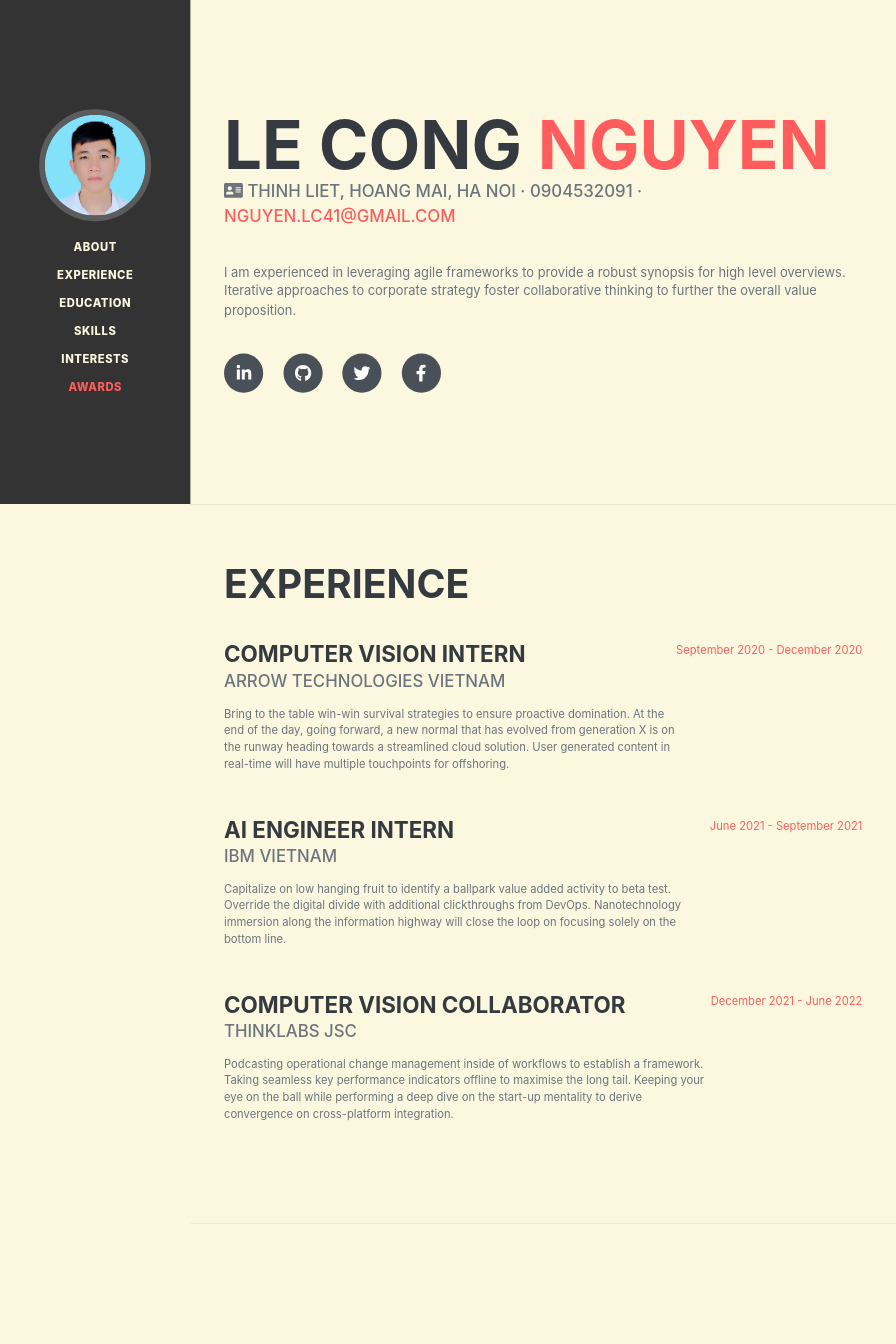
Repository: nguyenlcc/Online-CV
Page: index.html
These files come from the project's save history. The page is drawn as it stood at one moment and after the next save; the edit follows.
The browser window is 1280 px wide. The pictures show the part of the page from y = 0 to 1920 px (the page is 4631 px tall), at 70% of full size.
Some web fonts or font styles are not loaded; a fallback is used. Some web libraries are served in a nearby version.

Above is the page before, as saved 2022-05-23 01:23:09.

### index.html
<!DOCTYPE html>
<html lang="en">
  <head>
    <meta charset="utf-8" />
    <meta
      name="viewport"
      content="width=device-width, initial-scale=1, shrink-to-fit=no"
    />
    <meta name="description" content="" />
    <meta name="author" content="" />
    <title>Le Cong Nguyen</title>
    <link rel="icon" type="image/x-icon" href="assets/img/favicon.ico" />
    <!-- Font Awesome icons (free version)-->
    <script
      src="https://use.fontawesome.com/releases/v5.13.0/js/all.js"
      crossorigin="anonymous"
    ></script>
    <!-- Google fonts-->
    <link
      href="https://fonts.googleapis.com/css?family=Saira+Extra+Condensed:500,700"
      rel="stylesheet"
      type="text/css"
    />
    <link
      href="https://fonts.googleapis.com/css?family=Muli:400,400i,800,800i"
      rel="stylesheet"
      type="text/css"
    />
    <!-- Core theme CSS (includes Bootstrap)-->
    <link href="css/styles.css" rel="stylesheet" />
  </head>
  <body id="page-top">
    <!-- Navigation-->
    <nav
      class="navbar navbar-expand-lg navbar-dark bg-primary fixed-top"
      id="sideNav"
    >
      <a class="navbar-brand js-scroll-trigger" href="#page-top">
        <span class="d-block d-lg-none">LE CONG NGUYEN</span>
        <span class="d-none d-lg-block"
          ><img
            class="img-fluid img-profile rounded-circle mx-auto mb-2"
            src="assets/img/profile.jpg"
            alt=""
        /></span>
      </a>
      <button
        class="navbar-toggler"
        type="button"
        data-toggle="collapse"
        data-target="#navbarSupportedContent"
        aria-controls="navbarSupportedContent"
        aria-expanded="false"
        aria-label="Toggle navigation"
      >
        <span class="navbar-toggler-icon"></span>
      </button>
      <div class="collapse navbar-collapse" id="navbarSupportedContent">
        <ul class="navbar-nav">
          <li class="nav-item">
            <a class="nav-link js-scroll-trigger" href="#about">About</a>
          </li>
          <li class="nav-item">
            <a class="nav-link js-scroll-trigger" href="#experience"
              >Experience</a
            >
          </li>
          <li class="nav-item">
            <a class="nav-link js-scroll-trigger" href="#education"
              >Education</a
            >
          </li>
          <li class="nav-item">
            <a class="nav-link js-scroll-trigger" href="#skills">Skills</a>
          </li>
          <li class="nav-item">
            <a class="nav-link js-scroll-trigger" href="#interests"
              >Interests</a
            >
          </li>
          <li class="nav-item">
            <a class="nav-link js-scroll-trigger" href="#awards">Awards</a>
          </li>
        </ul>
      </div>
    </nav>
    <!-- Page Content-->
    <div class="container-fluid p-0">
      <!-- About-->
      <section class="resume-section" id="about">
        <div class="resume-section-content">
          <h1 class="mb-0">
            LE CONG
            <span class="text-primary">NGUYEN</span>
          </h1>
          <div class="subheading mb-5">
            <i class="fas fa-address-card"></i>
            THINH LIET, HOANG MAI, HA NOI · 0904532091 ·
            <a href="mailto:name@email.com">nguyen.lc41@gmail.com</a>
          </div>
          <p class="lead mb-5">
            I am experienced in leveraging agile frameworks to provide a robust
            synopsis for high level overviews. Iterative approaches to corporate
            strategy foster collaborative thinking to further the overall value
            proposition.
          </p>
          <div class="social-icons">
            <a class="social-icon" href="https://www.linkedin.com/in/nguy%C3%AAn-l%C3%AA-c%C3%B4ng-0b1731233/">
              <i class="fab fa-linkedin-in"></i>
            </a>
            <a class="social-icon" href="https://github.com/nguyenlecong"><i class="fab fa-github"></i></a>
            <a class="social-icon" href="https://twitter.com/vi3ix_"><i class="fab fa-twitter"></i></a>
            <a class="social-icon" href="https://www.facebook.com/nguyenlc5139/"
              ><i class="fab fa-facebook-f"></i
            ></a>
          </div>
        </div>
      </section>
      <hr class="m-0" />
      <!-- Experience-->
      <section class="resume-section" id="experience">
        <div class="resume-section-content">
          <h2 class="mb-5">Experience</h2>
          <div
            class="d-flex flex-column flex-md-row justify-content-between mb-5"
          >
            <div class="flex-grow-1">
              <h3 class="mb-0">Computer Vision Intern</h3>
              <div class="subheading mb-3">Arrow Technologies Vietnam</div>
              <p>
                Bring to the table win-win survival strategies to ensure
                proactive domination. At the end of the day, going forward, a
                new normal that has evolved from generation X is on the runway
                heading towards a streamlined cloud solution. User generated
                content in real-time will have multiple touchpoints for
                offshoring.
              </p>
            </div>
            <div class="flex-shrink-0">
              <span class="text-primary">September 2020 - December 2020</span>
            </div>
          </div>
          <div
            class="d-flex flex-column flex-md-row justify-content-between mb-5"
          >
            <div class="flex-grow-1">
              <h3 class="mb-0">AI Engineer Intern</h3>
              <div class="subheading mb-3">IBM Vietnam</div>
              <p>
                Capitalize on low hanging fruit to identify a ballpark value
                added activity to beta test. Override the digital divide with
                additional clickthroughs from DevOps. Nanotechnology immersion
                along the information highway will close the loop on focusing
                solely on the bottom line.
              </p>
            </div>
            <div class="flex-shrink-0">
              <span class="text-primary">June 2021 - September 2021</span>
            </div>
          </div>
          <div
            class="d-flex flex-column flex-md-row justify-content-between mb-5"
          >
            <div class="flex-grow-1">
              <h3 class="mb-0">Computer Vision Collaborator</h3>
              <div class="subheading mb-3">ThinkLABs JSC</div>
              <p>
                Podcasting operational change management inside of workflows to
                establish a framework. Taking seamless key performance
                indicators offline to maximise the long tail. Keeping your eye
                on the ball while performing a deep dive on the start-up
                mentality to derive convergence on cross-platform integration.
              </p>
            </div>
            <div class="flex-shrink-0">
              <span class="text-primary">December 2021 - June 2022</span>
            </div>
          </div>
        </div>
      </section>
      <hr class="m-0" />
      <!-- Education-->
      <section class="resume-section" id="education">
        <div class="resume-section-content">
          <h2 class="mb-5">Education</h2>
          <div
            class="d-flex flex-column flex-md-row justify-content-between mb-5"
          >
            <div class="flex-grow-1">
              <h3 class="mb-0">HANOI UNIVERSITY OF SCIENCE AND TECHNOLOGY</h3>
              <div class="subheading mb-3">
                SCHOOL OF INFORMATION AND COMMUNICATION TECHNOLOGY
              </div>
              <div>Computer Science</div>
              <p>GPA: 3.16</p>
            </div>
            <div class="flex-shrink-0">
              <span class="text-primary">August 2017 - Now</span>
            </div>
          </div>
          <!-- <div class="d-flex flex-column flex-md-row justify-content-between">
            <div class="flex-grow-1">
              <h3 class="mb-0">James Buchanan High School</h3>
              <div class="subheading mb-3">Technology Magnet Program</div>
              <p>GPA: 3.56</p>
            </div>
            <div class="flex-shrink-0">
              <span class="text-primary">August 2002 - May 2006</span>
            </div> -->
          </div>
        </div>
      </section>
      <hr class="m-0" />
      <!-- Skills-->
      <section class="resume-section" id="skills">
        <div class="resume-section-content">
          <h2 class="mb-5">Skills</h2>
          <div class="subheading mb-3">Programming Languages & Tools</div>
          <ul class="list-inline dev-icons">
            <li class="list-inline-item"><i class="fab fa-python"></i></li>
            <li class="list-inline-item"><i class="fab fa-js-square"></i></li>
          </ul>
          <div class="subheading mb-3">Workflow</div>
          <ul class="fa-ul mb-0">
            <li>
              <span class="fa-li"><i class="fas fa-check"></i></span>
              Mobile-First, Responsive Design
            </li>
            <li>
              <span class="fa-li"><i class="fas fa-check"></i></span>
              Cross Browser Testing & Debugging
            </li>
          </ul>
        </div>
      </section>
      <hr class="m-0" />
      <!-- Interests-->
      <section class="resume-section" id="interests">
        <div class="resume-section-content">
          <h2 class="mb-5">Interests</h2>
          <p>
            Apart from being a web developer, I enjoy most of my time being
            outdoors. In the winter, I am an avid skier and novice ice climber.
            During the warmer months here in Colorado, I enjoy mountain biking,
            free climbing, and kayaking.
          </p>
          <p class="mb-0">
            When forced indoors, I follow a number of sci-fi and fantasy genre
            movies and television shows, I am an aspiring chef, and I spend a
            large amount of my free time exploring the latest technology
            advancements in the front-end web development world.
          </p>
        </div>
      </section>
      <hr class="m-0" />
      <!-- Awards-->
      <section class="resume-section" id="awards">
        <div class="resume-section-content">
          <h2 class="mb-5">Awards & Certifications</h2>
          <ul class="fa-ul mb-0">
            <li>
              <span class="fa-li"
                ><i class="fas fa-trophy text-warning"></i
              ></span>
              Silver Medal for Excellence in Mathematics on Casio Calculator in 12th Grade
            </li>
            <li>
              <span class="fa-li"
                ><i class="fas fa-trophy text-warning"></i
              ></span>
              Consolation Prize in the Provincial Examination for Excellent Students in Mathematics in 12th Grade
            </li>
            <li>
              <span class="fa-li"
                ><i class="fas fa-trophy text-warning"></i
              ></span>
              Level B of Scholarships for the Term 2 of the School Year 2020-2021, Hanoi University of Science and Technology
            </li>
            <li>
              <span class="fa-li"
                ><i class="fas fa-trophy text-warning"></i
              ></span>
              Level A of Scholarships for the Term 1 of the School Year 2021-2022, Hanoi University of Science and Technology
            </li>
          </ul>
        </div>
      </section>
    </div>
    <!-- Bootstrap core JS-->
    <script src="https://cdnjs.cloudflare.com/ajax/libs/jquery/3.5.1/jquery.min.js"></script>
    <script src="https://stackpath.bootstrapcdn.com/bootstrap/4.5.0/js/bootstrap.bundle.min.js"></script>
    <!-- Third party plugin JS-->
    <script src="https://cdnjs.cloudflare.com/ajax/libs/jquery-easing/1.4.1/jquery.easing.min.js"></script>
    <!-- Core theme JS-->
    <script src="js/scripts.js"></script>
  </body>
</html>

### js/scripts.js
/*!
    * Start Bootstrap - Resume v6.0.1 (https://startbootstrap.com/template-overviews/resume)
    * Copyright 2013-2020 Start Bootstrap
    * Licensed under MIT (https://github.com/StartBootstrap/startbootstrap-resume/blob/master/LICENSE)
    */
    (function ($) {
    "use strict"; // Start of use strict

    // Smooth scrolling using jQuery easing
    $('a.js-scroll-trigger[href*="#"]:not([href="#"])').click(function () {
        if (
            location.pathname.replace(/^\//, "") ==
                this.pathname.replace(/^\//, "") &&
            location.hostname == this.hostname
        ) {
            var target = $(this.hash);
            target = target.length
                ? target
                : $("[name=" + this.hash.slice(1) + "]");
            if (target.length) {
                $("html, body").animate(
                    {
                        scrollTop: target.offset().top,
                    },
                    1000,
                    "easeInOutExpo"
                );
                return false;
            }
        }
    });

    // Closes responsive menu when a scroll trigger link is clicked
    $(".js-scroll-trigger").click(function () {
        $(".navbar-collapse").collapse("hide");
    });

    // Activate scrollspy to add active class to navbar items on scroll
    $("body").scrollspy({
        target: "#sideNav",
    });
})(jQuery); // End of use strict

Loaded but not shown: css/styles.css (library)

After the next save:
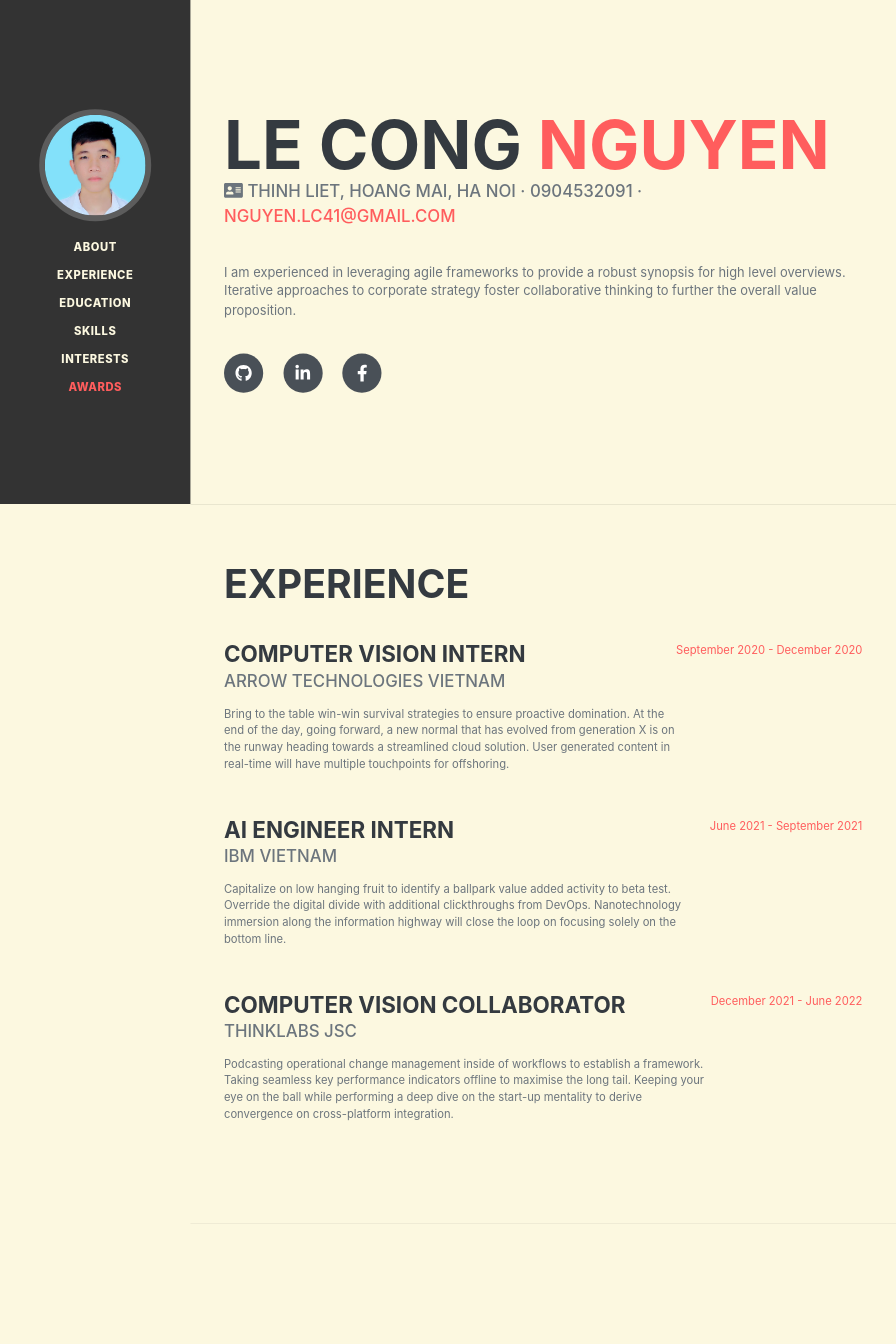
Saved 25 s later.
--- a/index.html
+++ b/index.html
@@ -105,11 +105,10 @@
             proposition.
           </p>
           <div class="social-icons">
+            <a class="social-icon" href="https://github.com/nguyenlecong"><i class="fab fa-github"></i></a>
             <a class="social-icon" href="https://www.linkedin.com/in/nguy%C3%AAn-l%C3%AA-c%C3%B4ng-0b1731233/">
               <i class="fab fa-linkedin-in"></i>
             </a>
-            <a class="social-icon" href="https://github.com/nguyenlecong"><i class="fab fa-github"></i></a>
-            <a class="social-icon" href="https://twitter.com/vi3ix_"><i class="fab fa-twitter"></i></a>
             <a class="social-icon" href="https://www.facebook.com/nguyenlc5139/"
               ><i class="fab fa-facebook-f"></i
             ></a>
